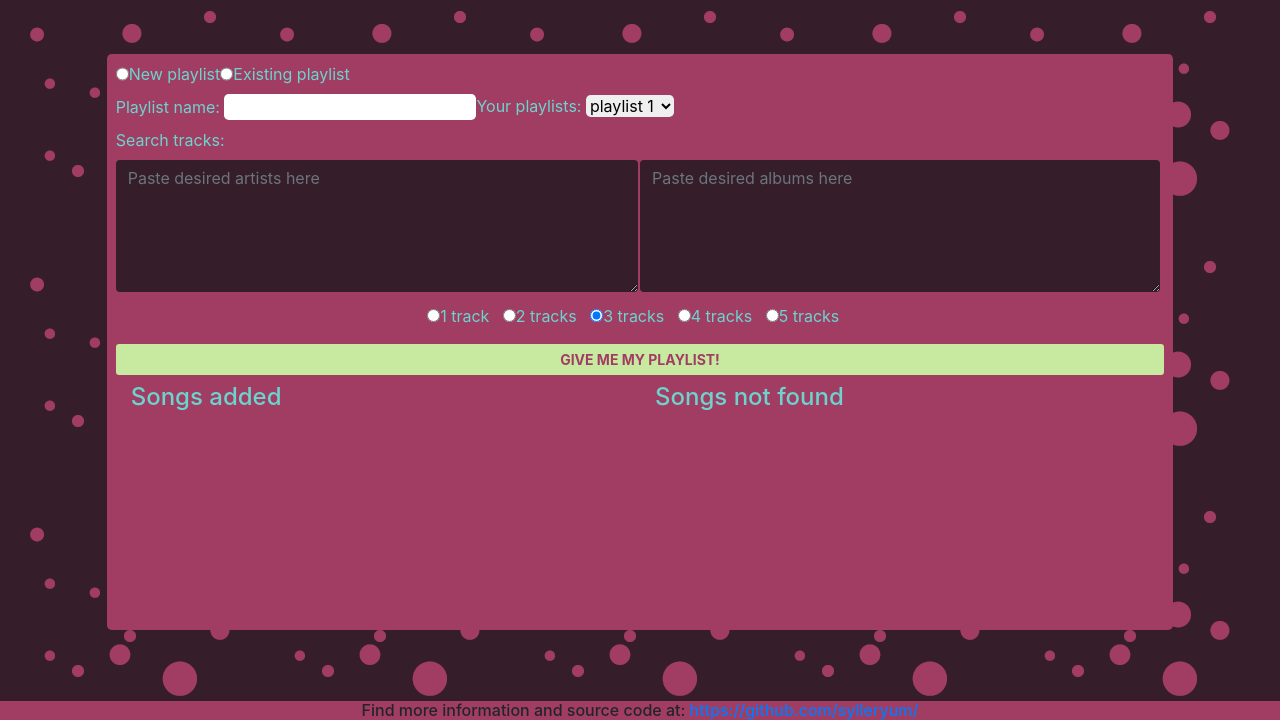
Repository: sylleryum/Frontend
Page: GetTopTracks/index.html
An editor plug-in stored every save of this project. The page is shown before and after the next save, followed by the edit.
The browser window is 1280 px wide. The pictures show the whole page.

Above is the page before, as saved 2019-10-13 18:00:11.

After the next save:
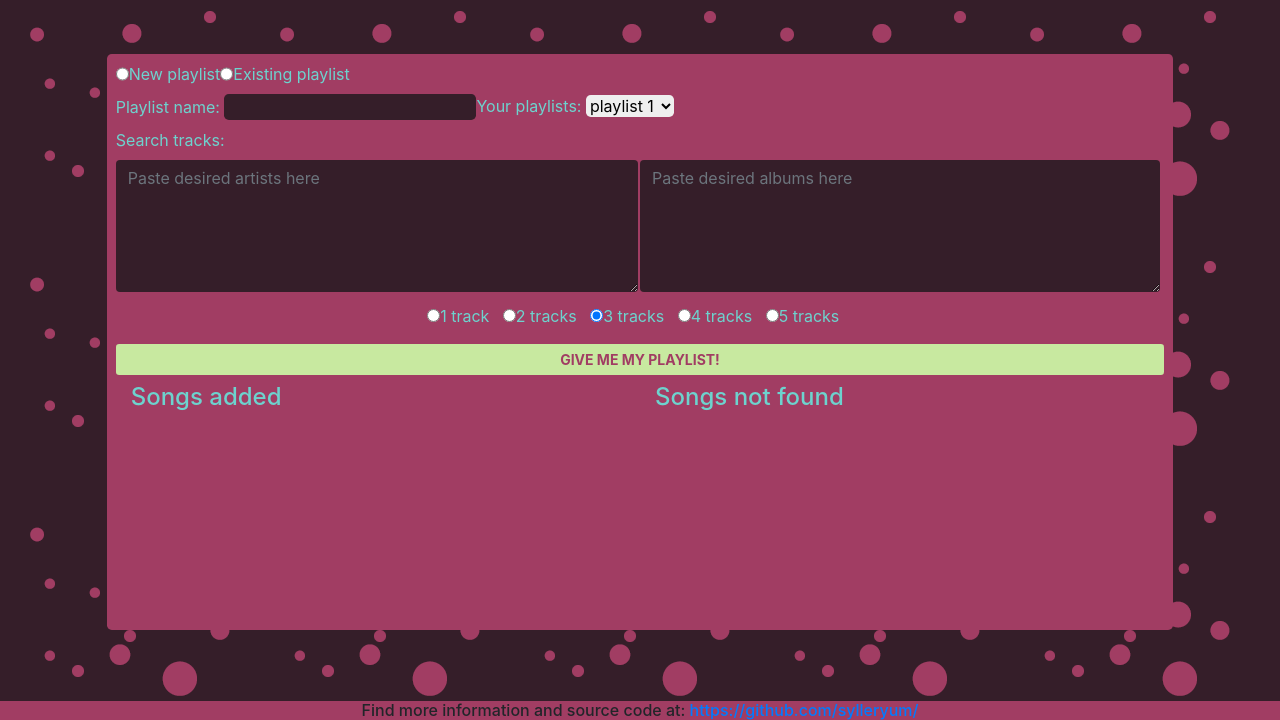
Saved 27 s later.
--- a/GetTopTracks/index.html
+++ b/GetTopTracks/index.html
@@ -32,7 +32,7 @@
                          </div>
                          <div class="row main-playlist pb-2">
                               <div id="new-playlist" class="block-style">
-                                   Playlist name: <input type="text" class="rounded-lg border-0" id="playlistName"
+                                   Playlist name: <input type="text" class="rounded-lg border-0 bg-5 text-1" id="playlistName"
                                         name="playlistName" />
                               </div>
                               <div id="existing-playlist" class="block-style">
